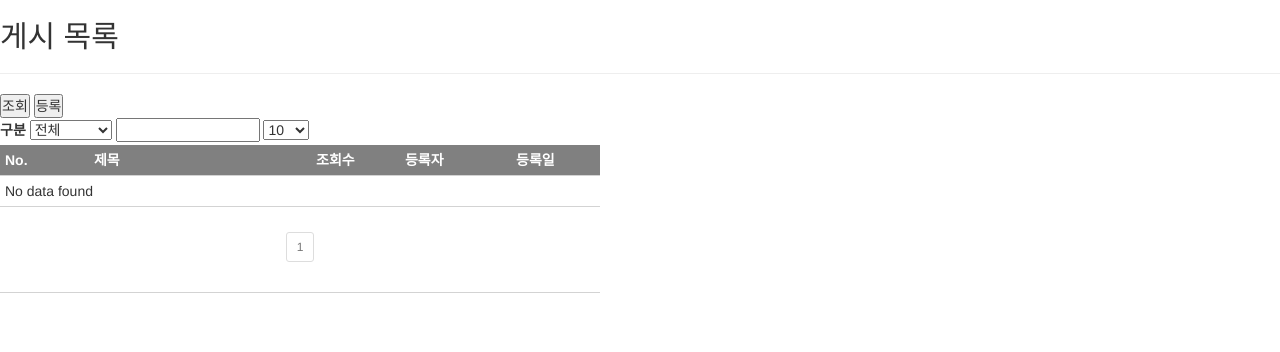
Repository: dongseon-git/WEB_JSP
Page: http://localhost/studyhtml5/board/board_list.jsp
The author's editor kept a copy of each file at every save. The page is drawn from the files as they stood at one save, then again after the next save.
The browser window is 1280 px wide. The pictures show the whole page.
The page is served by Tomcat 9. Nobody is signed in. The application's start-up code is not run.

Above is the page before, as saved 2022-05-23 05:12:43.

After the next save:
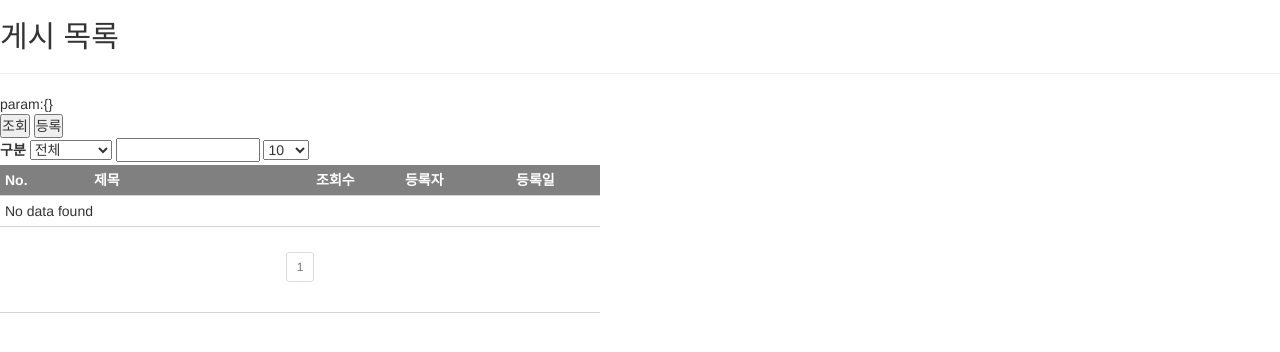
Saved 2 min 14 s later.
--- a/workspace/studyhtml5/WebContent/board/board_list.jsp
+++ b/workspace/studyhtml5/WebContent/board/board_list.jsp
@@ -122,6 +122,8 @@ th {
 <body>
   <h2>게시 목록</h2>
   <hr />
+  param:${param }
+
   <div>
    <div>
      <input type="button" value="조회" onclick="doRetrieve();">
